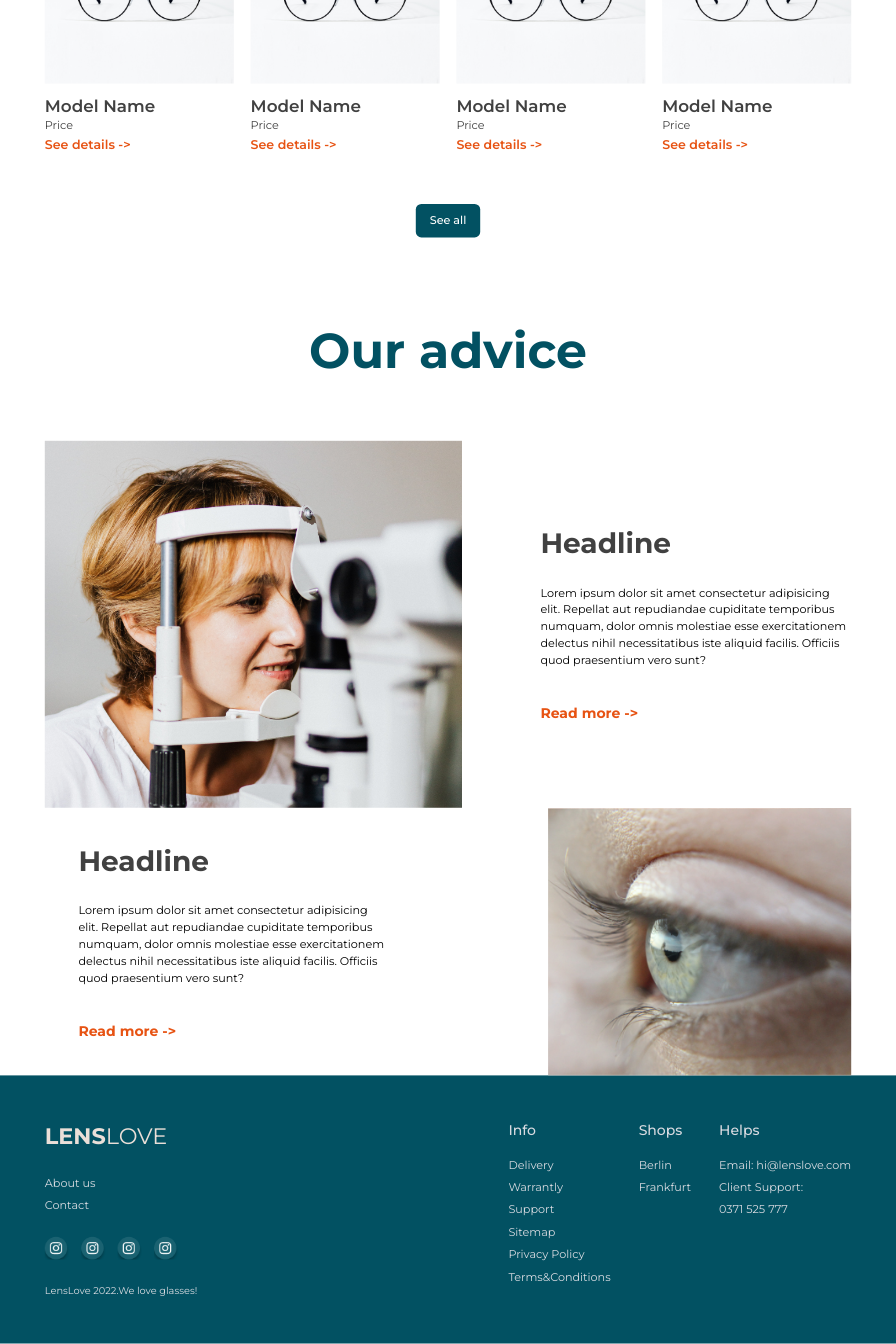
Repository: thienthanhvinh/glasses-react
Page: /
The author's editor kept a copy of each file at every save. The page is drawn from the files as they stood at one save, then again after the next save.
The browser window is 1280 px wide. The pictures show the part of the page from y = 3725 to 5645 px (the page is 5645 px tall), at 70% of full size.
The project was rebuilt for these pictures with package versions that can differ from the ones it lists, and the page was loaded fresh each time. Also part of the build but not shown: src/App.css, src/components/common/FormGroup.js, src/components/input/Input.js, src/components/label/Label.js, src/hooks/useDarkMode.js, src/layout/LayoutAuthentication.js, src/components/icons/IconEyeToggle.js, src/pages/SignInPage.js and 1 more.

Above is the page before, as saved 2023-02-13 10:32:03.

### public/index.html
<!DOCTYPE html>
<html lang="en">
  <head>
    <meta charset="utf-8" />
    <link rel="icon" href="%PUBLIC_URL%/favicon.ico" />
    <meta name="viewport" content="width=device-width, initial-scale=1" />
    <meta name="theme-color" content="#000000" />
    <meta
      name="description"
      content="Web site created using create-react-app"
    />
    <link rel="apple-touch-icon" href="%PUBLIC_URL%/logo192.png" />
    <!--
      manifest.json provides metadata used when your web app is installed on a
      user's mobile device or desktop. See https://developers.google.com/web/fundamentals/web-app-manifest/
    -->
    <link rel="manifest" href="%PUBLIC_URL%/manifest.json" />
    <!--
      Notice the use of %PUBLIC_URL% in the tags above.
      It will be replaced with the URL of the `public` folder during the build.
      Only files inside the `public` folder can be referenced from the HTML.

      Unlike "/favicon.ico" or "favicon.ico", "%PUBLIC_URL%/favicon.ico" will
      work correctly both with client-side routing and a non-root public URL.
      Learn how to configure a non-root public URL by running `npm run build`.
    -->
    <link href="https://fonts.googleapis.com/css2?family=Montserrat:wght@300;400;500;600;700&display=swap" rel="stylesheet">
    <title>React App</title>
  </head>
  <body>
    <noscript>You need to enable JavaScript to run this app.</noscript>
    <div id="root"></div>
    <!--
      This HTML file is a template.
      If you open it directly in the browser, you will see an empty page.

      You can add webfonts, meta tags, or analytics to this file.
      The build step will place the bundled scripts into the <body> tag.

      To begin the development, run `npm start` or `yarn start`.
      To create a production bundle, use `npm run build` or `yarn build`.
    -->
  </body>
</html>

### src/index.js
import React from 'react';
import ReactDOM from 'react-dom/client';
import './index.css';
import App from './App';
import reportWebVitals from './reportWebVitals';
import { BrowserRouter } from 'react-router-dom';
import { ToastContainer, toast } from 'react-toastify';
import 'react-toastify/dist/ReactToastify.css';

const root = ReactDOM.createRoot(document.getElementById('root'));
root.render(
  // <React.StrictMode>
  <BrowserRouter>
    <App />
    <ToastContainer></ToastContainer>
  </BrowserRouter>
  // </React.StrictMode>
);

// If you want to start measuring performance in your app, pass a function
// to log results (for example: reportWebVitals(console.log))
// or send to an analytics endpoint. Learn more: https://bit.ly/CRA-vitals
reportWebVitals();

### src/index.css
/* body {
  margin: 0;
  font-family: -apple-system, BlinkMacSystemFont, 'Segoe UI', 'Roboto', 'Oxygen',
    'Ubuntu', 'Cantarell', 'Fira Sans', 'Droid Sans', 'Helvetica Neue',
    sans-serif;
  -webkit-font-smoothing: antialiased;
  -moz-osx-font-smoothing: grayscale;
}

code {
  font-family: source-code-pro, Menlo, Monaco, Consolas, 'Courier New',
    monospace;
} */

@tailwind base;
@tailwind components;
@tailwind utilities;

body {
  font-family: 'Montserrat', sans-serif;
}
/* .darkmode-input:checked + div .darkmode-spinner {
  transform: translateX(33px);
} */
.active-light {
  transform: translateX(0px);
  transition: all 0.4s;
}
.active-dark {
  transform: translateX(33px);
  transition: all 0.4s;
}

/* .darkmode-input:checked + div {


} */

/* .darkmode-input:checked + div .darkmode-spinner {
  background-color: white;
} */

### src/App.js

import { Route, Routes } from 'react-router-dom';
import './App.css';
import HomePage from './pages/HomePage';
import SignInPage from './pages/SignInPage';
import SignUpPage from './pages/SignUpPage';

function App() {
  return (
    <Routes>
      <Route path='/sign-up' element={<SignUpPage></SignUpPage>}></Route>
      <Route path='/sign-in' element={<SignInPage></SignInPage>}></Route>
      <Route path='/' element={<HomePage></HomePage>}></Route>
    </Routes>
  );
}

export default App;

### src/pages/HomePage.js
import React, { Fragment } from "react";
import Category from "../components/category/Category";
import Heading from "../components/common/Heading";
import Intro from "../components/intro/Intro";
import SpringSales from "../components/sales/SpringSales";
import LayoutMenu from "../layout/LayoutMenu";
import GlassesGrid from "../modules/GlassesGrid";
import GlassesItem from "../modules/GlassesItem";
import { v4 } from "uuid";
import Button from "../components/button/Button";
import HeadLine from "../modules/HeadLine";
import LayoutFooter from "../layout/LayoutFooter";

const HomePage = () => {
  return (
    <Fragment>
      <LayoutMenu></LayoutMenu>
      <SpringSales></SpringSales>
      <Intro></Intro>
      <Category></Category>
      <Heading>Popular</Heading>
      <GlassesGrid>
        {Array(4)
          .fill(0)
          .map((item) => (
            <GlassesItem key={v4()}></GlassesItem>
          ))}
        {/* <GlassesItem></GlassesItem> */}
      </GlassesGrid>
      <div className="text-center mb-[140px]">
        <Button className="mt-[70px] px-5 py-2 rounded-[4px]">See all</Button>
      </div>
      <Heading>New</Heading>
      <GlassesGrid>
        {Array(4)
          .fill(0)
          .map((item) => (
            <GlassesItem key={v4()}></GlassesItem>
          ))}
      </GlassesGrid>
      <div className="text-center mb-[140px]">
        <Button className="mt-[70px] px-5 py-2 rounded-[4px]">See all</Button>
      </div>
      <Heading>Sunwear</Heading>
      <GlassesGrid>
        {Array(4)
          .fill(0)
          .map((item) => (
            <GlassesItem key={v4()}></GlassesItem>
          ))}
      </GlassesGrid>
      <div className="text-center mb-[112px]">
        <Button className="mt-[70px] px-5 py-2 rounded-[4px]">See all</Button>
      </div>
      <Heading className="mb-[80px]">Our advice</Heading>
      <HeadLine></HeadLine>
      <HeadLine type="secondary"></HeadLine>
      <LayoutFooter></LayoutFooter>
    </Fragment>
  );
};

export default HomePage;

### src/components/category/Category.js
import React from 'react';
import Button from '../button/Button';

const Category = () => {
    return (
        <div className='flex mb-[112px] mx-auto max-w-[1400px] w-full gap-x-2'>
            <div className='h-[596px] relative'>
                <img src="/category1.png" alt="" className='w-full h-full object-cover' />
                <div className='absolute bottom-24 left-14'>
                    <p className='font-extrabold text-[40px] leading-[98px] text-white'>Optical</p>
                    <Button className='bg-secondary text-primary rounded-[4px] px-6 py-2 font-bold text-lg leading-[30px]'>Buy</Button>
                </div>
            </div>
            <div className='h-[596px] relative'>
                <img src="/category2.png" alt="" className='w-full h-full object-cover' />
                <div className='absolute bottom-24 left-14'>
                    <p className='font-extrabold text-[40px] leading-[98px] text-white'>Sunwear</p>
                    <Button className='bg-secondary text-primary rounded-[4px] px-6 py-2 font-bold text-lg leading-[30px]'>Buy</Button>
                </div>
            </div>
        </div>
    );
};

export default Category;

### src/components/common/Heading.js
import React from 'react';

const Heading = ({children, className = ''}) => {
    return (
        <h2 className={`font-extrabold text-[70px] leading-[98px] text-center text-primary mb-[70px] ${className}`}>
            {children}
        </h2>
    );
};
export default Heading;

### src/components/intro/Intro.js
import React from 'react';

const Intro = () => {
    return (
        <div className='flex items-center justify-center gap-x-[300px] mt-[64px] mb-[110px]'>
            <div className='flex flex-col items-center'>
                <img srcSet="/Icon1.png 2x" alt="" className='w-[80px] h-[80px] object-cover' />
                <p className='text-tertiary text-xl leading-[30px] font-bold'>Original products</p>
            </div>
            <div className='flex flex-col items-center'>
                <img srcSet="/Icon2.png 2x" alt="" className='w-[80px] h-[80px] object-cover' />
                <p className='text-tertiary text-xl leading-[30px] font-bold'>Original products</p>
            </div>
            <div className='flex flex-col items-center'>
                <img srcSet="/Icon3.png 2x" alt="" className='w-[80px] h-[80px] object-cover' />
                <p className='text-tertiary text-xl leading-[30px] font-bold'>Original products</p>
            </div>
        </div>
    );
};

export default Intro;

### src/components/sales/SpringSales.js
import React from 'react';
import Button from '../button/Button';

const SpringSales = () => {
    return (
        <div className='bg-secondary h-[700px] w-full flex items-center justify-between'>
            <div className='ml-[112px]'>
                <h2 className='text-primary text-[70px] font-extrabold leading-[98px]'>Spring Sale</h2>
                <p className='text-primary text-[50px] font-medium leading-[68px] mb-[48px]'>Up to -40%</p>
                <Button className='text-white bg-primary rounded-lg px-8 py-2 text-lg'>See offer</Button>
            </div>
            <div className='h-[700px]'>
                <img src="/photo1.png" alt="" className='w-full h-auto object-cover' />
            </div>
        </div>
    );
};

export default SpringSales;

### src/layout/LayoutMenu.js
import React from "react";
import { Link } from "react-router-dom";
import Navbar from "../components/navbar/Navbar";

const LayoutMenu = () => {
  return (
    <div className="py-10 px-16">
      <div className="flex items-center justify-between mb-14">
        <img src="/logo.png" alt="" className="w-[140px] h-auto object-cover" />
        <div className="flex gap-x-5 text-secondary-3 text-[15px] font-medium">
            <span>0371 525 777</span>
            <Link to="/">Help</Link>
            <Link to="/sign-in">Account</Link>
        </div>
      </div>
      <Navbar></Navbar>
    </div>
  );
};

export default LayoutMenu;

### src/modules/GlassesGrid.js
import React from 'react';

const GlassesGrid = ({children, className = ''}) => {
    return (
        <div className={`grid grid-cols-4 gap-x-6 px-16 ${className}`}>
            {children}
        </div>
    );
};

export default GlassesGrid;

### src/modules/GlassesItem.js
import React from "react";

const GlassesItem = () => {
  return (
    <div className="flex flex-col">
      <div className="h-[250px] mb-4">
        <img src="/glasses.png" alt="" className="w-full h-full object-cover" />
      </div>
      <p className="text-secondary-3 font-semibold text-2xl">Model Name</p>
      <p className="font-normal text-secondary-3">Price</p>
      <p className="font-semibold text-lg leading-[30px] text-tertiary">
        See details ->
      </p>
    </div>
  );
};

export default GlassesItem;

### src/components/button/Button.js
import React from 'react';

const Button = ({type, children, className=''}) => {
    return (
        <button type='submit' className={`bg-primary text-white ${className} rounded-lg px-3 py-3 font-medium`}>
            {children}
        </button>
    );
};

export default Button;

### src/modules/HeadLine.js
import React from "react";
import HeadlineImage from "./HeadlineImage";
import HeadlineContent from "./HeadlineContent";

const HeadLine = ({type = "default"}) => {
    if(type === "default") {
        return (
            <div className="w-full flex items-center gap-x-[112px] px-16">
              <HeadlineImage></HeadlineImage>
              <HeadlineContent></HeadlineContent>
            </div>
          );
    } else {
        return (
            <div className="w-full flex items-center gap-x-[227px] px-16">
              <HeadlineContent className="ml-[48px]"></HeadlineContent>
              <HeadlineImage src="headline2.png" className=""></HeadlineImage>
            </div>
          );
    }

};

export default HeadLine;

### src/layout/LayoutFooter.js
import React from "react";
import { Link } from "react-router-dom";

const LayoutFooter = () => {
  return (
    <div className="bg-primary flex justify-between px-16 py-16 text-gray-white">
      <div className="flex flex-col">
        <h2 className="text-secondary font-extrabold text-[32px] leading-[46px] mb-8">
          LENS<span className="font-normal">LOVE</span>
        </h2>
        <Link to="/about" className="mb-2">
          About us
        </Link>
        <Link to="contact" className="mb-8">
          Contact
        </Link>
        <div className="flex gap-x-4 mb-8">
          <span>
            <img src="/Instagram.png" alt="" />
          </span>
          <span>
            <img src="/Instagram.png" alt="" />
          </span>
          <span>
            <img src="/Instagram.png" alt="" />
          </span>
          <span>
            <img src="/Instagram.png" alt="" />
          </span>
        </div>
        <p className="text-[14px] leading-[24px]">
          LensLove 2022.We love glasses!
        </p>
      </div>
      <div className="flex gap-x-10">
        <div>
          <h3 className="font-medium text-xl mb-6">Info</h3>
          <div className="flex flex-col gap-y-2">
            <p>Delivery</p>
            <p>Warrantly</p>
            <p>Support</p>
            <p>Sitemap</p>
            <p>Privacy Policy</p>
            <p>Terms&Conditions</p>
          </div>
        </div>
        <div>
          <h3 className="font-medium text-xl mb-6">Shops</h3>
          <div className="flex flex-col gap-y-2">
            <p>Berlin</p>
            <p>Frankfurt</p>
          </div>
        </div>
        <div>
          <h3 className="font-medium text-xl mb-6">Helps</h3>
          <div className="flex flex-col gap-y-2">
            <p>Email: hi@lenslove.com</p>
            <p>Client Support:</p>
            <p>0371 525 777</p>
          </div>
        </div>
      </div>
    </div>
  );
};

export default LayoutFooter;

### src/components/navbar/Navbar.js
import React from "react";
import { Link } from "react-router-dom";

const Navbar = () => {
  return (
    <div className="flex">
      <ul className="flex text-sm font-semibold gap-x-8">
        <li>
          <Link to="/">Shops</Link>
        </li>
        <li>
          <Link to="/">Offers</Link>
        </li>
        <li>
          <Link to="/">Warranty</Link>
        </li>
        <li>
          <Link to="/">Medical</Link>
        </li>
        <li>
          <Link to="/">Info</Link>
        </li>
        <li>
          <Link to="/">Blog</Link>
        </li>
        <li>
          <Link to="/">About us</Link>
        </li>
        <li>
          <Link to="/">Contact</Link>
        </li>
      </ul>
      <div className="ml-auto flex items-center gap-x-8">
        <div className="flex gap-x-[6px] items-center">
          <svg
            width={18}
            height={17}
            viewBox="0 0 18 17"
            fill="none"
            xmlns="http://www.w3.org/2000/svg"
          >
            <path
              d="M17.153 15.747L12.8535 11.5161C13.9794 10.2929 14.6712 8.67509 14.6712 6.89489C14.6707 3.0867 11.534 0 7.66437 0C3.79477 0 0.658081 3.0867 0.658081 6.89489C0.658081 10.7031 3.79477 13.7898 7.66437 13.7898C9.3363 13.7898 10.8698 13.2115 12.0743 12.2501L16.3905 16.4976C16.6008 16.7047 16.9422 16.7047 17.1525 16.4976C17.3633 16.2904 17.3633 15.9541 17.153 15.747ZM7.66437 12.729C4.39027 12.729 1.7361 10.117 1.7361 6.89489C1.7361 3.67281 4.39027 1.06082 7.66437 1.06082C10.9385 1.06082 13.5926 3.67281 13.5926 6.89489C13.5926 10.117 10.9385 12.729 7.66437 12.729Z"
              fill="#414141"
            />
          </svg>
          <span className="text-sm font-semibold">Search</span>
        </div>
        <span>
          <svg
            width="19"
            height="17"
            viewBox="0 0 19 17"
            fill="none"
            xmlns="http://www.w3.org/2000/svg"
          >
            <path
              d="M2.14414 8.80841C0.111678 6.47788 0.614575 3.72661 2.23686 2.03652C3.85628 0.349414 6.5587 -0.245866 8.98238 1.79479L8.98243 1.79483C9.37299 2.12358 9.93842 2.1081 10.3148 1.781L10.3148 1.78097C12.5442 -0.15713 15.2905 0.329246 16.9821 1.956C17.8273 2.76872 18.3905 3.85299 18.4856 5.03784C18.5799 6.21232 18.2175 7.5254 17.1436 8.81679L10.2601 16.0112C9.92623 16.3602 9.36908 16.3602 9.03526 16.0113L2.14414 8.80841Z"
              stroke="#414141"
            />
          </svg>
        </span>
        <span>
          <svg
            width="17"
            height="18"
            viewBox="0 0 17 18"
            fill="none"
            xmlns="http://www.w3.org/2000/svg"
          >
            <path
              d="M0.672966 15.0244L1.47201 5.03632H10.653L11.452 15.0244C11.5228 15.9093 10.8238 16.6665 9.93602 16.6665H2.18895C1.30121 16.6665 0.602173 15.9093 0.672966 15.0244Z"
              stroke="#414141"
              stroke-linecap="round"
              stroke-linejoin="round"
            />
            <path
              d="M3.58252 7.56769V3.52604C3.58252 2.68402 4.08773 1 6.10856 1C8.12938 1 8.63459 2.68402 8.63459 3.52604V7.56769"
              stroke="#414141"
              stroke-linecap="round"
              stroke-linejoin="round"
            />
            <rect x="6" y="9" width="11" height="8" rx="4" fill="#414141" />
            <path
              d="M11.8424 15.084C11.5568 15.084 11.3048 15.0233 11.0864 14.902C10.868 14.7788 10.6972 14.608 10.574 14.3896C10.4527 14.1712 10.392 13.9192 10.392 13.6336V12.3344C10.392 12.0488 10.4527 11.7968 10.574 11.5784C10.6972 11.36 10.868 11.1901 11.0864 11.0688C11.3048 10.9456 11.5568 10.884 11.8424 10.884C12.128 10.884 12.3791 10.9456 12.5956 11.0688C12.814 11.1901 12.9848 11.36 13.108 11.5784C13.2312 11.7968 13.2928 12.0488 13.2928 12.3344V13.6336C13.2928 13.9192 13.2312 14.1712 13.108 14.3896C12.9848 14.608 12.814 14.7788 12.5956 14.902C12.3791 15.0233 12.128 15.084 11.8424 15.084ZM11.8424 14.4428C11.9843 14.4428 12.1131 14.4092 12.2288 14.342C12.3445 14.2729 12.436 14.1815 12.5032 14.0676C12.5704 13.9519 12.604 13.8231 12.604 13.6812V12.284C12.604 12.1403 12.5704 12.0115 12.5032 11.8976C12.436 11.7819 12.3445 11.6904 12.2288 11.6232C12.1131 11.5541 11.9843 11.5196 11.8424 11.5196C11.7005 11.5196 11.5717 11.5541 11.456 11.6232C11.3403 11.6904 11.2488 11.7819 11.1816 11.8976C11.1144 12.0115 11.0808 12.1403 11.0808 12.284V13.6812C11.0808 13.8231 11.1144 13.9519 11.1816 14.0676C11.2488 14.1815 11.3403 14.2729 11.456 14.342C11.5717 14.4092 11.7005 14.4428 11.8424 14.4428Z"
              fill="white"
            />
          </svg>
        </span>
      </div>
    </div>
  );
};

export default Navbar;

### src/modules/HeadlineImage.js
import React from 'react';

const HeadlineImage = ({className= '', src = "/headline1.png"}) => {
    return (
        <div className={className}>
             <img src={src} alt="" />
        </div>
    );
};

export default HeadlineImage;

### src/modules/HeadlineContent.js
import React from "react";

const HeadlineContent = ({className = ''}) => {
  return (
    <div className={className}>
      <h2 className="text-secondary-3 font-extrabold text-[40px] leading-[54px] mb-8">
        Headline
      </h2>
      <p className="w-[444px] mb-[48px]">
        Lorem ipsum dolor sit amet consectetur adipisicing elit. Repellat aut
        repudiandae cupiditate temporibus numquam, dolor omnis molestiae esse
        exercitationem delectus nihil necessitatibus iste aliquid facilis.
        Officiis quod praesentium vero sunt?
      </p>
      <p className="text-tertiary text-xl font-bold leading-[30px]">
        Read more ->
      </p>
    </div>
  );
};

export default HeadlineContent;

### tailwind.config.js
/** @type {import('tailwindcss').Config} */
module.exports = {
  content: [
    "./src/**/*.{js,jsx,ts,tsx}",
  ],
  darkMode: 'class',
  theme: {
    extend: {
      colors: {
        'color-1': "#808191",
        'color-2': "#2d3436",
        'primary' : '#025162',
        'secondary': '#EADFD8',
        'secondary-3': '#414141',
        'tertiary' : '#E75313',
        'lens': '#D4E1F4',
        'gray-white': '#D9DBE1',
        'dark-text-primary': '#dfe6e9',
        'dark-color' : '#4e4f50',
        'dark-secon-color': '#2d3436',
        'dark-third-color': '#3a3a3a',
        'dark-four-color' : '#242526',
        'dark-five-color' : '#3A3A3A',

      }
    },
  },
  plugins: [],
}

Loaded but not shown: src/reportWebVitals.js (common file)

After the next save:
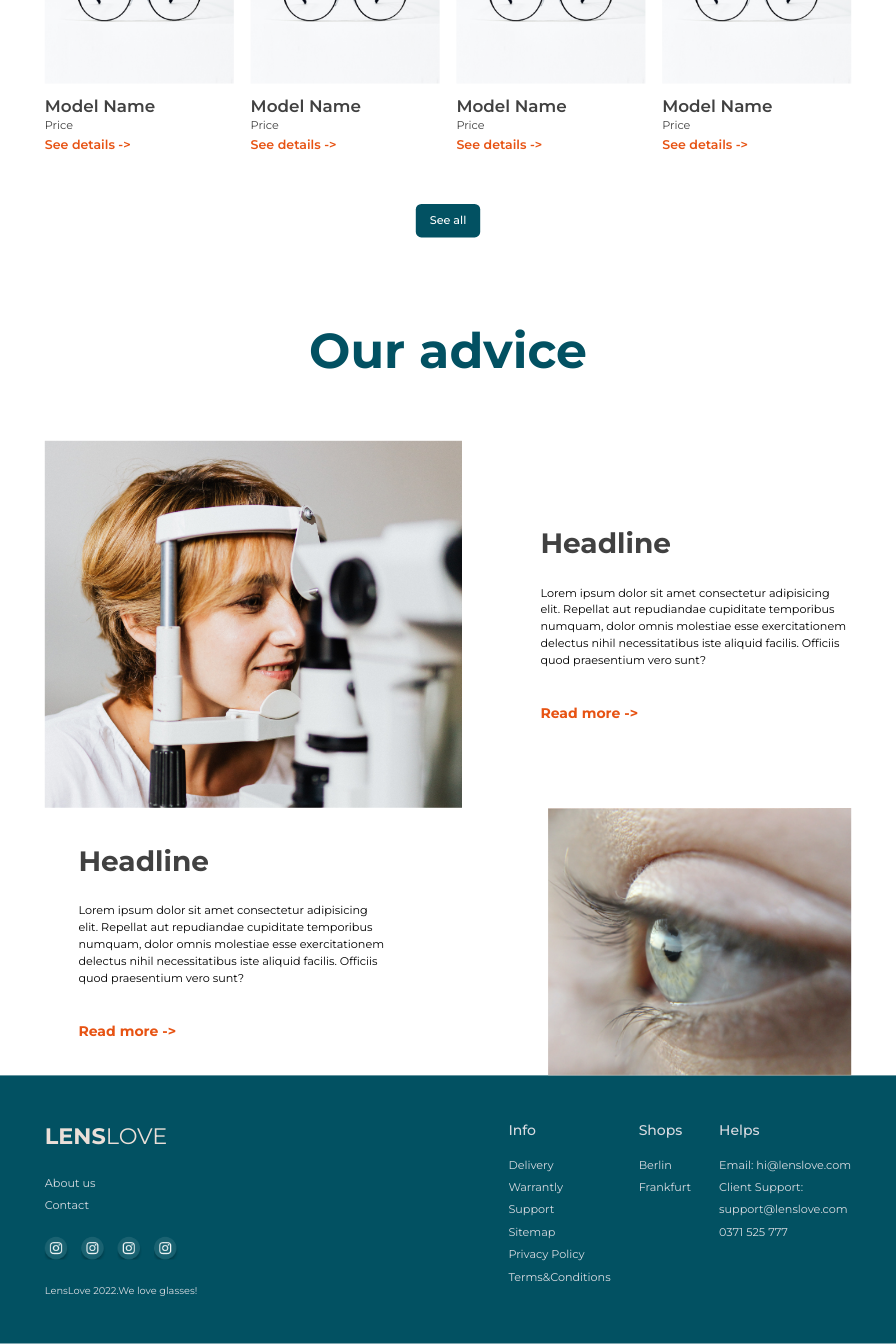
Saved 4 s later.
--- a/src/layout/LayoutFooter.js
+++ b/src/layout/LayoutFooter.js
@@ -56,6 +56,7 @@
           <div className="flex flex-col gap-y-2">
             <p>Email: hi@lenslove.com</p>
             <p>Client Support:</p>
+            <p>support@lenslove.com</p>
             <p>0371 525 777</p>
           </div>
         </div>
